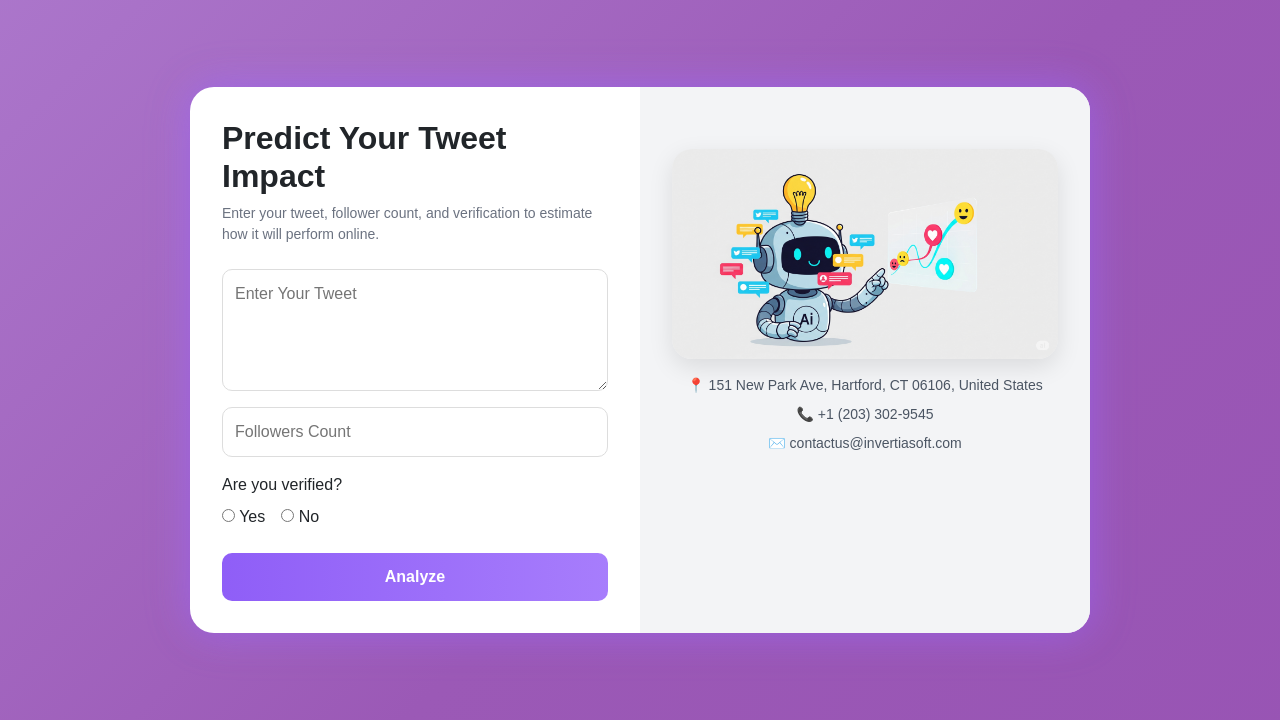
Repository: TannisthaBiswas/ResonanceFrontend
Page: /form
The author's editor kept a copy of each file at every save. The page is drawn from the files as they stood at one save, then again after the next save.
The browser window is 1280 px wide. The pictures show the whole page.
The project was rebuilt for these pictures with package versions that can differ from the ones it lists, and the page was loaded fresh each time. Some packages were replaced by stand-ins written for this rebuild. Also part of the build but not shown: src/pages/HomePage.js, src/pages/LoadingPage.js, src/pages/ResultPage.js.

Above is the page before, as saved 2025-06-14 19:45:30.

After the next save:
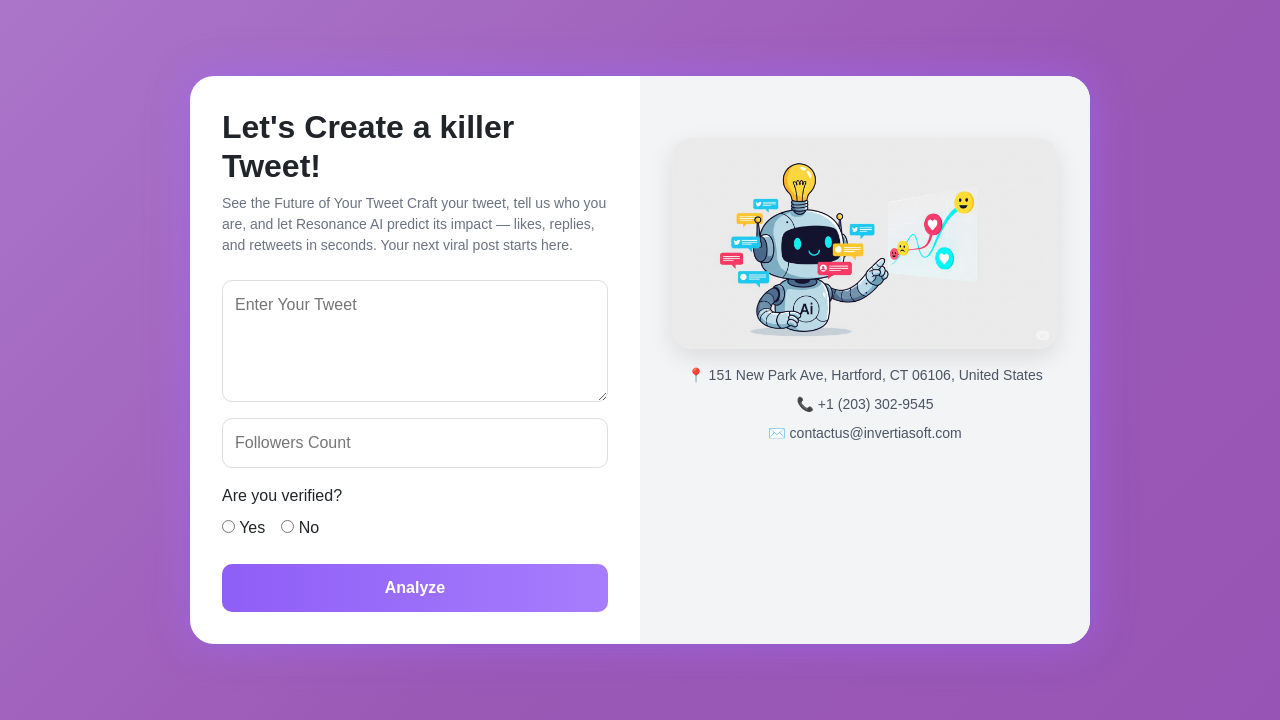
Saved 99 min 33 s later.
--- a/src/pages/FormPage.js
+++ b/src/pages/FormPage.js
@@ -117,9 +117,14 @@ const FormPage = () => {
             justifyContent: 'center'
           }}
         >
-          <h2 style={{ fontWeight: '700' }}>Predict Your Tweet Impact</h2>
+          <h2 style={{ fontWeight: '700' }}>Let's Create a killer Tweet!</h2>
           <p style={{ color: '#6b7280', fontSize: '14px', marginBottom: '1.5rem' }}>
-            Enter your tweet, follower count, and verification to estimate how it will perform online.
+            See the Future of Your Tweet
+            Craft your tweet, tell us who you are, and let Resonance AI predict its impact — likes, replies, and retweets in seconds.
+
+Your next viral post starts here.
+
+
           </p>
 
           <textarea
